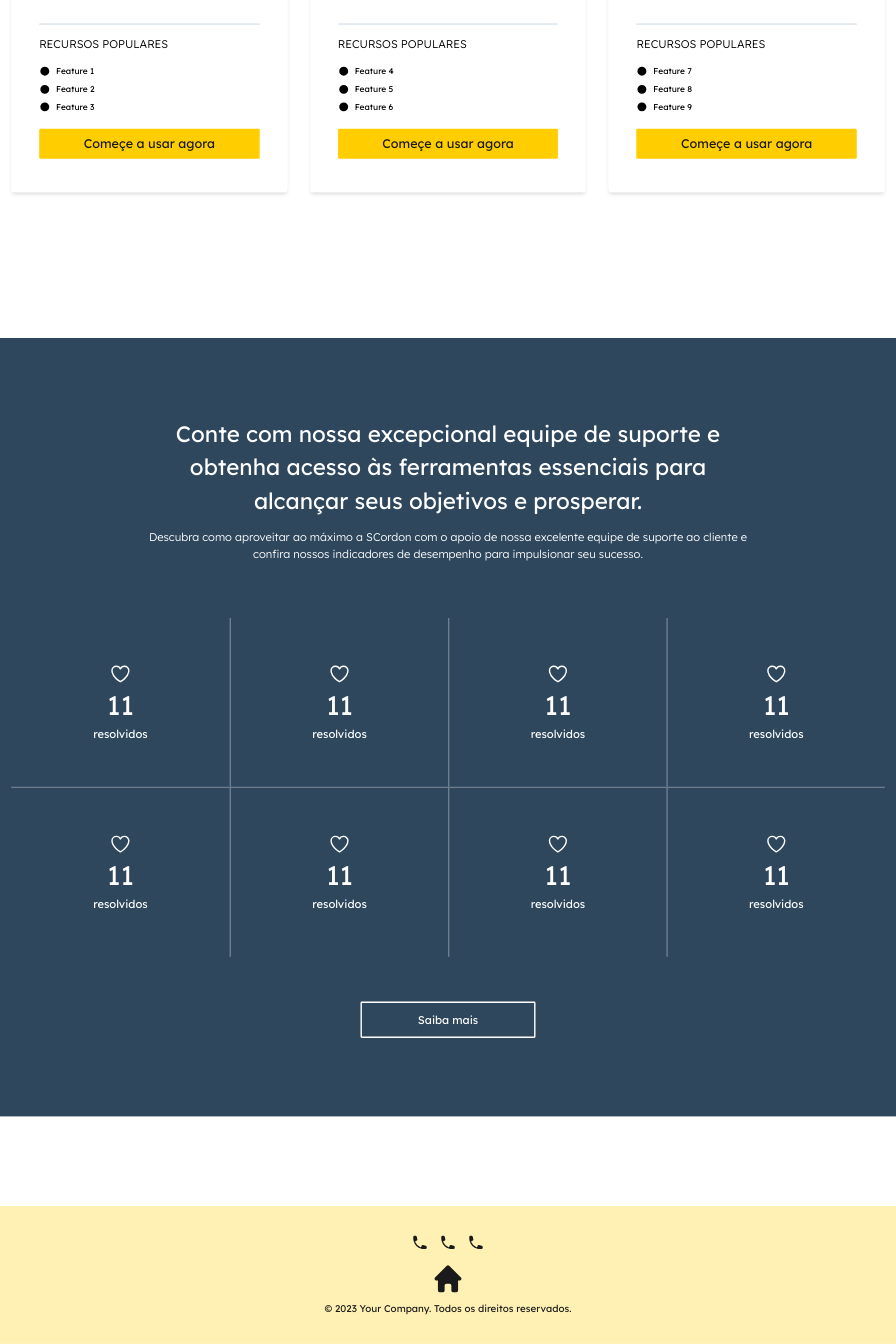
Repository: VereAbsolutum/site-institucional
Page: /
An editor plug-in stored every save of this project. The page is shown before and after the next save, followed by the edit.
The browser window is 1280 px wide. The pictures show the part of the page from y = 1217 to 3137 px (the page is 3137 px tall before and 3121 px after), at 70% of full size.
The project was rebuilt for these pictures with package versions that can differ from the ones it lists, and the page was loaded fresh each time. Also part of the build but not shown: vite.config.ts, src/presentation/components/buttons/button-base.tsx, src/presentation/components/buttons/button-border-primary.tsx, src/presentation/components/buttons/button-primary.tsx, src/presentation/components/typography/heading3.tsx, src/presentation/pages/not-found/notFound.tsx.

Above is the page before, as saved 2023-04-16 00:12:07.

### src/App.tsx
import React from 'react'
import { BrowserRouter, Routes, Route } from "react-router-dom"
import { Home, NotFound } from './presentation/pages'

const App: React.FC = () => {
  return (
    <BrowserRouter >
      <Routes>
        <Route path='/' element={<Home />} />
        <Route path='*' element={<NotFound />} />
      </Routes>
    </BrowserRouter>
  )
}

export default App

### src/index.css
@import url('https://fonts.googleapis.com/css2?family=Lexend+Deca:wght@300;400&family=Manrope:wght@800&family=Playfair+Display:wght@500&display=swap');

@tailwind base;
@tailwind components;
@tailwind utilities;

### src/presentation/pages/index.ts
export { default as Home } from './home/home'
export { default as NotFound } from './not-found/notFound'

### src/presentation/components/index.ts
export { default as Header } from './header/header'

export { default as ButtonBase } from './buttons/button-base'
export { default as ButtonBorderPrimary } from './buttons/button-border-primary'
export { default as ButtonPrimary } from './buttons/button-primary'

export { default as LinkBase } from './links/link-base'
export { default as LinkPrimary } from './links/link-primary'
export { default as LinkBorderPrimary } from './links/link-border-primary'
export { default as LinkBorderWhite } from './links/link-border-white'

export { default as TextBase } from './typography/text-base'
export { default as TextDisplay } from './typography/display'
export { default as TextHeading1 } from './typography/heading1'
export { default as TextHeading2 } from './typography/heading2'
export { default as TextHeading3 } from './typography/heading3'
export { default as TextParagraph } from './typography/paragraph'
export { default as TextParagraphSmall } from './typography/paragraph-small'
export { default as TextCaption } from './typography/caption'
export { default as TextMenu } from './typography/menu'

export { default as List } from './list/list'

export { default as GridItem } from './grid/grid-item'

export { default as Footer } from './footer/footers'

### src/presentation/components/card/product-card.tsx
import { HeartIcon } from '@heroicons/react/24/outline';
import React from 'react';
import { LinkPrimary, List, TextCaption, TextParagraph, TextParagraphSmall } from '..';

export type ProductCardProps = {
    imageUrl: string;
    title: string;
    description: string;
    features: string[];
    ctaText: string;
    ctaHref: string;
};

const ProductCard: React.FC<ProductCardProps> = (cardContent: ProductCardProps) => {
    return (
        <div className="bg-white p-6 rounded shadow-md px-10 py-12 transform hover:scale-[1.02] duration-500 ease-in-out">
            <div className="flex flex-col">
                <div className="flex items-center mb-4">
                    <HeartIcon className="w-8 h-auto mr-4 text-blue-500" />
                    <h3 className="font-medium text-[24px]">{cardContent.title}</h3>
                </div>
                <div>
                    <p className="mb-8">
                        <TextParagraphSmall>
                            {/* Conheça a sua nova plataforma digital feita para fornecer todas as ferramentas necessárias para a administração da sua imobiliária. */}
                            {cardContent.description}
                        </TextParagraphSmall>
                    </p>
                    <div className='border-t-black border-t border-solid'>
                        <h4 className='my-4'>
                            <TextParagraph>
                                RECURSOS POPULARES
                            </TextParagraph>
                        </h4>
                        <List items={cardContent.features} />
                        <div className='mt-5'>
                            <LinkPrimary className="block text-center py-2" href={cardContent.ctaHref}>
                                Começe a usar agora
                            </LinkPrimary>
                        </div>
                    </div>
                </div>
            </div>
        </div>
    );
};

export default ProductCard;

### src/presentation/pages/home/components/index.ts
export * from './product-card-data'

### src/presentation/components/header/header.tsx
import React, { useState } from 'react'
import {
    Bars3Icon,
    ChartPieIcon,
    CursorArrowRaysIcon,
    FingerPrintIcon,
} from '@heroicons/react/24/outline'
import { PhoneIcon, PlayCircleIcon } from '@heroicons/react/20/solid'
import { MainMenu, MobileMenu } from './components'
import { ButtonPrimary, LinkPrimary, TextMenu, TextParagraphSmall } from '..'

const products = [
    { name: 'CdAdm Web', description: 'Get a better understanding of your traffic', href: '#', icon: ChartPieIcon },
    { name: 'CdAdm Grafico', description: 'Speak directly to your customers', href: '#', icon: CursorArrowRaysIcon },
    { name: 'CdFin', description: 'Your customers’ data will be safe and secure', href: '#', icon: FingerPrintIcon }
]
const callsToAction = [
    { name: 'Assista a Demo', href: '#', icon: PlayCircleIcon },
    { name: 'Contato', href: '#', icon: PhoneIcon },
]

function classNames(...classes: string[]) {
    return classes.filter(Boolean).join(' ');
}

const header: React.FC = () => {
    const [mobileMenuOpen, setMobileMenuOpen] = useState(false)

    return (
        <header className="bg-white">
            <nav className="mx-auto flex max-w-7xl items-center justify-between p-6 lg:px-8" aria-label="Global">

                <div className="flex lg:flex-1">
                    <a href="#" className="-m-1.5 p-1.5">
                        <span className="sr-only">SCordon</span>
                        <img className="h-8 w-auto" src="https://tailwindui.com/img/logos/mark.svg?color=indigo&shade=600" alt="" />
                    </a>

                    {/* main menu */}
                    <div className='ml-32'>
                        <MainMenu products={products} />
                    </div>
                </div>

                <div className="flex lg:hidden">
                    {/* Button */}
                    <button
                        type="button"
                        className="-m-2.5 inline-flex items-center justify-center rounded-md p-2.5 text-gray-700"
                        onClick={() => setMobileMenuOpen(true)}
                    >
                        <span className="sr-only">Open main menu</span>
                        <Bars3Icon className="h-6 w-6" aria-hidden="true" />
                    </button>
                </div>



                <div className="hidden lg:flex lg:flex-1 lg:justify-end align-items: center">
                    <div className='mr-5'>
                        <LinkPrimary className='py-2'>
                            <TextMenu>
                                Peça uma demonstração
                            </TextMenu>
                        </LinkPrimary>
                    </div>
                    <div className="flex items-center">
                        <a href="#" className="text-lg font-medium leading-6 font-semibold">
                            Log in <span aria-hidden="true">&rarr;</span>
                        </a>
                    </div>
                    {/* Button */}
                </div>
            </nav>

            <MobileMenu
                mobileMenuOpen={mobileMenuOpen}
                setMobileMenuOpen={setMobileMenuOpen}
                products={products}
                callsToAction={callsToAction}
            />
        </header>
    )
}

export default header

### src/presentation/components/links/link-base.tsx
import React from 'react';

export type LinkBaseProps = React.AnchorHTMLAttributes<HTMLAnchorElement> & {
    className?: string;
};

const linkBase: React.FC<LinkBaseProps> = ({ children, className, ...rest }) => {
    const baseClasses =
        'duration-500 ease-in-out font-semibold cursor-pointer rounded-sm hover:bg-blue-700 focus:outline-none focus:ring-2 focus:ring-blue-400 focus:ring-opacity-75';

    return (
        <a className={`${baseClasses} ${className}`} {...rest}>
            {children}
        </a>
    );
};

export default linkBase;

### src/presentation/components/links/link-primary.tsx
// FilledButton.tsx
import React from 'react';
import { LinkBase } from '..';
import { LinkBaseProps } from './link-base';

const linkPrimary: React.FC<LinkBaseProps> = ({ className, ...rest }) => {
    const baseClasses = 'px-4 py-1 text-lg font-400 text-black duration-100 bg-yellow hover:bg-opacity-40 ';

    return <LinkBase className={`${baseClasses} ${className}`} {...rest} />;
};

export default linkPrimary;

### src/presentation/components/links/link-border-primary.tsx
// FilledButton.tsx
import React from 'react';
import { LinkBase } from '..';
import { LinkBaseProps } from './link-base';

const linkBorderPrimary: React.FC<LinkBaseProps> = ({ className, ...rest }) => {
    const baseClasses = 'px-4 py-1 hover:bg-yellow-300 duration-500 ease-in-out border border-solid border-2 border-yellow bg-transparent border text-blue-500';

    return <LinkBase className={`${baseClasses} ${className}`} {...rest} />;
};

export default linkBorderPrimary;

### src/presentation/components/links/link-border-white.tsx
// FilledButton.tsx
import React from 'react';
import { LinkBase } from '..';
import { LinkBaseProps } from './link-base';

const linkBorderWhite: React.FC<LinkBaseProps> = ({ className, ...rest }) => {
    const baseClasses = 'py-1 text-white hover:bg-white-40 border-2 border-white bg-transparent border border-blue-500 text-blue-500 hover:bg-blue-500';

    return <LinkBase className={`${baseClasses} ${className}`} {...rest} />;
};

export default linkBorderWhite;

### src/presentation/components/typography/text-base.tsx
import React from 'react';

export type TextBaseProps = React.HTMLAttributes<HTMLSpanElement> & {
    className?: string;
};

const textBase: React.FC<TextBaseProps> = ({ children, className, ...rest }) => {
    const baseClasses = '';

    return (
        <span className={`${baseClasses} ${className}`} {...rest}>
            {children}
        </span>
    );
};

export default textBase;

### src/presentation/components/typography/display.tsx
import React from 'react';
import { TextBase } from '..';
import { TextBaseProps } from './text-base';

const textDisplay: React.FC<TextBaseProps> = ({ children, className, ...rest }) => {
    const baseClasses = 'text-[2.25rem] lg:text-3xl sm:pr-2 font-medium leading-tight font-display';

    return (
        <TextBase className={`${baseClasses} ${className}`} {...rest}>
            {children}
        </TextBase>
    );
};

export default textDisplay;

### src/presentation/components/typography/heading1.tsx
import React from 'react';
import { TextBase } from '..';
import { TextBaseProps } from './text-base';

const textHeading1: React.FC<TextBaseProps> = ({ children, className, ...rest }) => {
    const baseClasses = 'text-2xl font-semibold';

    return (
        <TextBase className={baseClasses}>
            {children}
        </TextBase>
    );
};

export default textHeading1;

### src/presentation/components/typography/heading2.tsx
import React from 'react';
import { TextBase } from '..';
import { TextBaseProps } from './text-base';

const textHeading2: React.FC<TextBaseProps> = ({ children, className, ...rest }) => {
    const baseClasses = 'text-xxl font-semibold';

    return (
        <TextBase className={baseClasses}>
            {children}
        </TextBase>
    );
};

export default textHeading2;

### src/presentation/components/typography/paragraph.tsx
import React from 'react';
import { TextBase } from '..';
import { TextBaseProps } from './text-base';

const textParagraph: React.FC<TextBaseProps> = ({ children, className, ...rest }) => {
    const baseClasses = 'text-base font-300';

    return (
        <TextBase className={`${baseClasses} ${className}`} {...rest}>
            {children}
        </TextBase>
    );
};

export default textParagraph;

### src/presentation/components/typography/paragraph-small.tsx
import React from 'react';
import { TextBase } from '..';
import { TextBaseProps } from './text-base';

const textParagraphSmall: React.FC<TextBaseProps> = ({ children, className, ...rest }) => {
    const baseClasses = 'text-sm font-300';

    return (
        <TextBase className={baseClasses} {...rest}>
            {children}
        </TextBase>
    );
};

export default textParagraphSmall;

### src/presentation/components/typography/caption.tsx
import React from 'react';
import { TextBase } from '..';
import { TextBaseProps } from './text-base';

const textCapiton: React.FC<TextBaseProps> = ({ children, className, ...rest }) => {
    const baseClasses = 'text-xs font-500';

    return (
        <TextBase className={baseClasses} {...rest}>
            {children}
        </TextBase>
    );
};

export default textCapiton;

### src/presentation/components/typography/menu.tsx
import React from 'react';
import { TextBase } from '..';
import { TextBaseProps } from './text-base';

const textMenu: React.FC<TextBaseProps> = ({ children, className, ...rest }) => {
    const baseClasses = 'text-lg font-500';

    return (
        <TextBase className={`${baseClasses} ${className}`} {...rest}>
            {children}
        </TextBase>
    );
};

export default textMenu;

### src/presentation/components/list/list.tsx
import React, { ReactNode } from 'react'
import { TextCaption } from '..'
import { Item } from './components'

export type ListProps = {
    items: string[]
}

const List: React.FC<ListProps> = ({ items }) => {
    return (
        <ul>
            {items && items.map((item, index) =>
                <Item key={index} value={item} />
            )}
        </ul>
    )
}

export default List

### src/presentation/components/grid/grid-item.tsx
import { HeartIcon } from "@heroicons/react/24/outline";
import { Children, ReactNode } from "react";
import { TextHeading1, TextParagraph } from "..";

export type GridItemProps = {
    index: number,
    className: string
}

const gridItem: React.FC<GridItemProps> = ({ index, className }) => {
    const borderClasses = () => {
        let classes = 'border-white border-opacity-30';

        if (index % 2 !== 0) {
            classes += ' border-l-2';
        }
        if (Math.floor(index / 2) !== 0) {
            classes += ' border-t-2 sm:border-t-0';
        }
        if (index % 4 !== 0 && index >= 2) {
            classes += ' md:border-l-2';
        }
        if (Math.floor(index / 4) !== 0) {
            classes += ' md:border-t-2';
        }

        return classes;
    };

    return (
        <div className={`flex flex-col items-center ${borderClasses()} ${className}`}>
            <p>
                <HeartIcon className="w-8 h-auto text-blue-500" />
            </p>
            <h3>
                <TextHeading1>11</TextHeading1>
            </h3>
            <p>
                <TextParagraph className="font-500">resolvidos</TextParagraph>
            </p>
        </div>
    );
};

export default gridItem

### src/presentation/components/footer/footers.tsx
import React from 'react';
import { PhoneIcon, HomeIcon } from '@heroicons/react/20/solid';

const footer = () => {
    return (
        <footer className="bg-yellow-40 text-black py-6">
            <div className="container mx-auto py-4">
                <div>
                    <div className='flex justify-center'>
                        <div>
                            <span className='border-t-2 border-solid border-black block'></span>
                        </div>
                        <div className="flex justify-center mb-4">
                            <a href="#" className="mx-2">
                                <PhoneIcon className="w-6 h-6" />
                            </a>
                            <a href="#" className="mx-2">
                                <PhoneIcon className="w-6 h-6" />
                            </a>
                            <a href="#" className="mx-2">
                                <PhoneIcon className="w-6 h-6" />
                            </a>
                        </div>
                        <div>
                            <span className='border-t-2 border-solid border-black block'></span>
                        </div>
                    </div>

                    <div className="text-center">
                        <HomeIcon className="w-12 h-12 mx-auto mb-2" />
                        <p className="text-sm">&copy; {new Date().getFullYear()} Your Company. Todos os direitos reservados.</p>
                    </div>
                </div>
            </div>
        </footer>
    );
};

export default footer;

### src/presentation/pages/home/components/product-card-data.ts
import { ProductCardProps } from "../../../components/card/product-card";

export const productCardData: ProductCardProps[] = [
    {
        imageUrl: 'https://example.com/image1.jpg',
        title: 'CdAdm Web 1',
        description: 'Descrição do Produto 1',
        features: ['Feature 1', 'Feature 2', 'Feature 3'],
        ctaText: 'Começe a usar agora',
        ctaHref: '/get-started-1',
    },
    {
        imageUrl: 'https://example.com/image2.jpg',
        title: 'CdAdm Web 2',
        description: 'Descrição do Produto 2',
        features: ['Feature 4', 'Feature 5', 'Feature 6'],
        ctaText: 'Começe a usar agora',
        ctaHref: '/get-started-2',
    },
    {
        imageUrl: 'https://example.com/image3.jpg',
        title: 'CdAdm Web 3',
        description: 'Descrição do Produto 3',
        features: ['Feature 7', 'Feature 8', 'Feature 9'],
        ctaText: 'Começe a usar agora',
        ctaHref: '/get-started-3',
    },
];

### src/presentation/components/header/components/index.ts
export { default as MobileMenu } from './mobile-menu'
export { default as MainMenu } from './main-menu'

### src/presentation/components/list/components/index.ts
export { default as Item } from './item'

### src/presentation/components/list/components/item.tsx
import React, { ReactNode } from 'react';
import { TextCaption } from '../..';

export type Item = {
    value: ReactNode
}

const item: React.FC<Item> = ({ value }) => {
    return (
        <li className='list-none flex items-center mb-1'>
            <svg className="w-4 h-4 mr-2 text-green-500 h-[1.35rem]" viewBox="0 0 20 20" fill="currentColor">
                <path d="M10 18a8 8 0 100-16 8 8 0 000 16zm1-13a1 1 0 10-2 0v4a1 1 0 00.293.707l2.828 2.829a1 1 0 101.415-1.415L11 9.586V5z"></path>
            </svg>
            <TextCaption>
                {value}
            </TextCaption>
        </li>
    );
};

export default item;

Loaded but not shown: index.html (common file); src/main.tsx (common file); tailwind.config.js (54 lines, source omitted); src/presentation/pages/home/home.tsx (122 lines, source omitted); src/presentation/components/header/components/mobile-menu.tsx (118 lines, source omitted); src/presentation/components/header/components/main-menu.tsx (79 lines, source omitted)

After the next save:
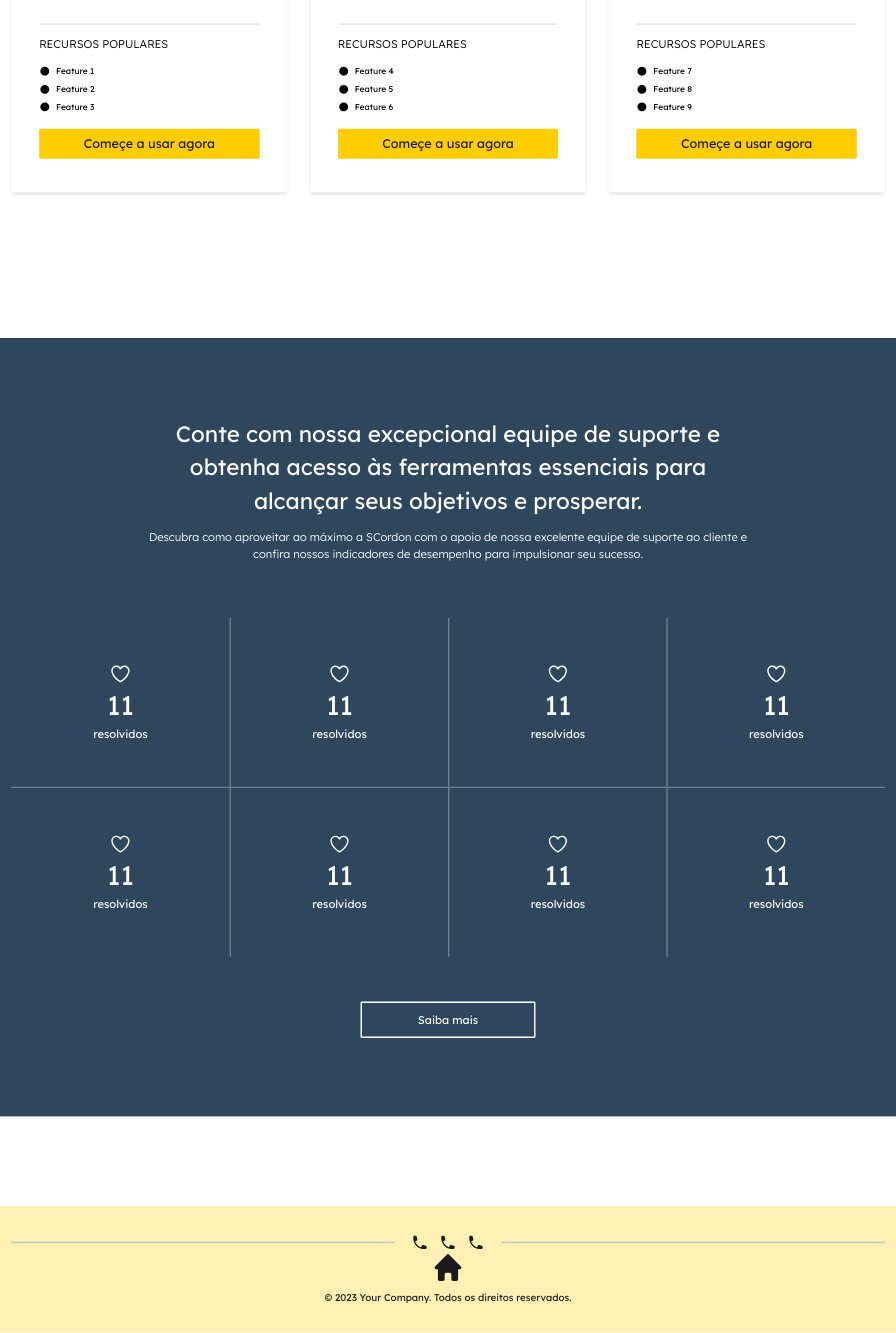
Saved 2 min 5 s later.
--- a/src/presentation/components/footer/footers.tsx
+++ b/src/presentation/components/footer/footers.tsx
@@ -6,11 +6,9 @@ const footer = () => {
         <footer className="bg-yellow-40 text-black py-6">
             <div className="container mx-auto py-4">
                 <div>
-                    <div className='flex justify-center'>
-                        <div>
-                            <span className='border-t-2 border-solid border-black block'></span>
-                        </div>
-                        <div className="flex justify-center mb-4">
+                    <div className="flex justify-center items-center">
+                        <span className="border-t-2 border-solid border-black flex-grow"></span>
+                        <div className="flex justify-center mx-4">
                             <a href="#" className="mx-2">
                                 <PhoneIcon className="w-6 h-6" />
                             </a>
@@ -21,9 +19,7 @@ const footer = () => {
                                 <PhoneIcon className="w-6 h-6" />
                             </a>
                         </div>
-                        <div>
-                            <span className='border-t-2 border-solid border-black block'></span>
-                        </div>
+                        <span className="border-t-2 border-solid border-black flex-grow"></span>
                     </div>
 
                     <div className="text-center">
